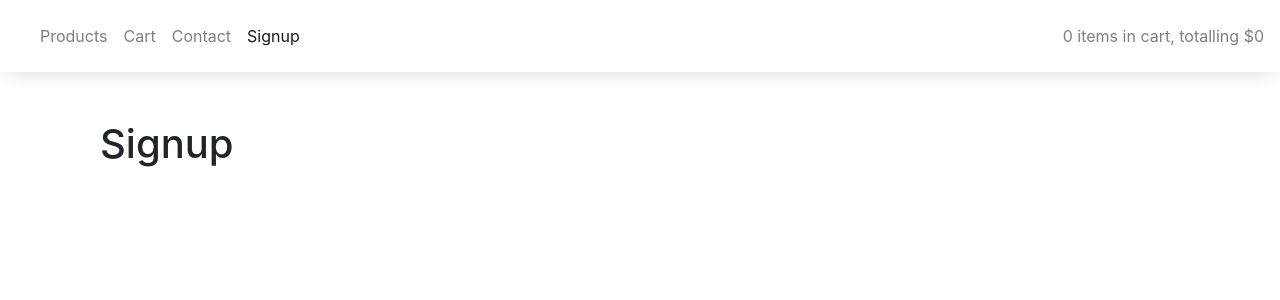
Repository: dayrim/wavecraft
Page: /signup
An editor plug-in stored every save of this project. The page is shown before and after the next save, followed by the edit.
The browser window is 1280 px wide. The pictures show the whole page.
The project was rebuilt for these pictures with package versions that can differ from the ones it lists, and the page was loaded fresh each time. Also part of the build but not shown: vue.config.js.

Above is the page before, as saved 2019-04-22 15:58:07.

After the next save:
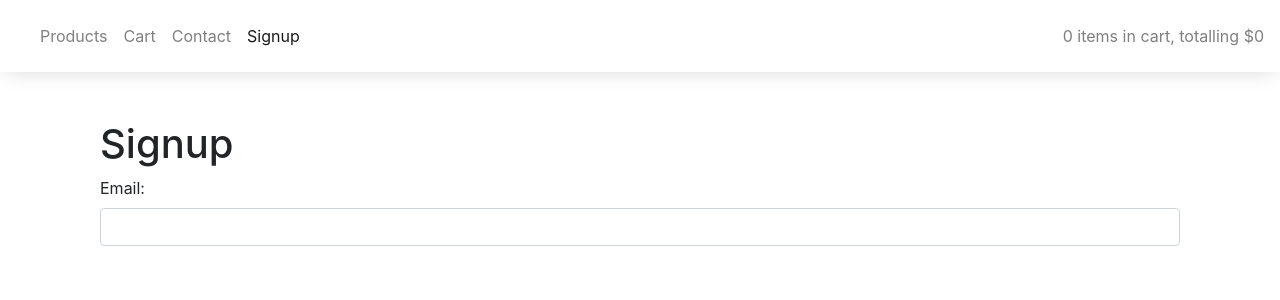
Saved 108 s later.
--- a/src/components/Signup.vue
+++ b/src/components/Signup.vue
@@ -1,6 +1,8 @@
 <template>
   <b-container fluid>
     <h1>Signup</h1>
+    <label for="email">Email:</label>
+    <b-form-input id="email" type="text"></b-form-input>
   </b-container>
 </template>
 
